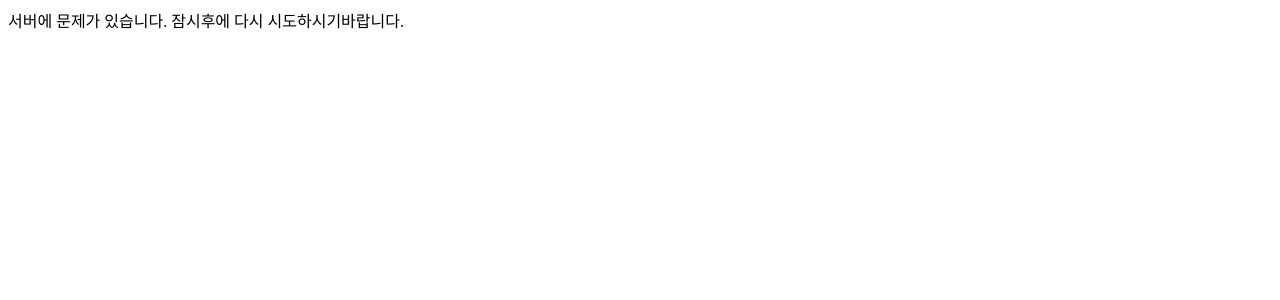
Repository: parkmyounghoi/20201113
Page: http://localhost/20201111/error500.jsp
The author's editor kept a copy of each file at every save. The page is drawn from the files as they stood at one save, then again after the next save.
The browser window is 1280 px wide. The pictures show the whole page.
The page is served by Tomcat 9.

Above is the page before, as saved 2020-11-11 00:38:28.

After the next save:
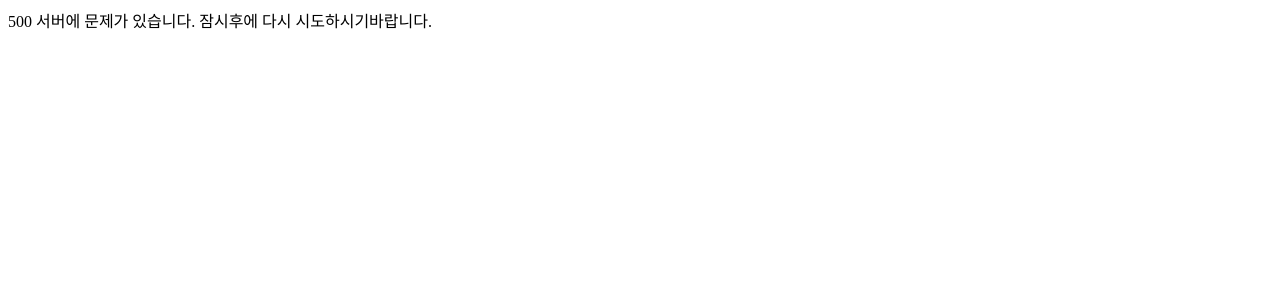
Saved 4 s later.
--- a/20201111/WebContent/error500.jsp
+++ b/20201111/WebContent/error500.jsp
@@ -7,6 +7,6 @@
 <title>Insert title here</title>
 </head>
 <body>
-서버에 문제가 있습니다. 잠시후에 다시 시도하시기바랍니다.
+500 서버에 문제가 있습니다. 잠시후에 다시 시도하시기바랍니다.
 </body>
 </html>
